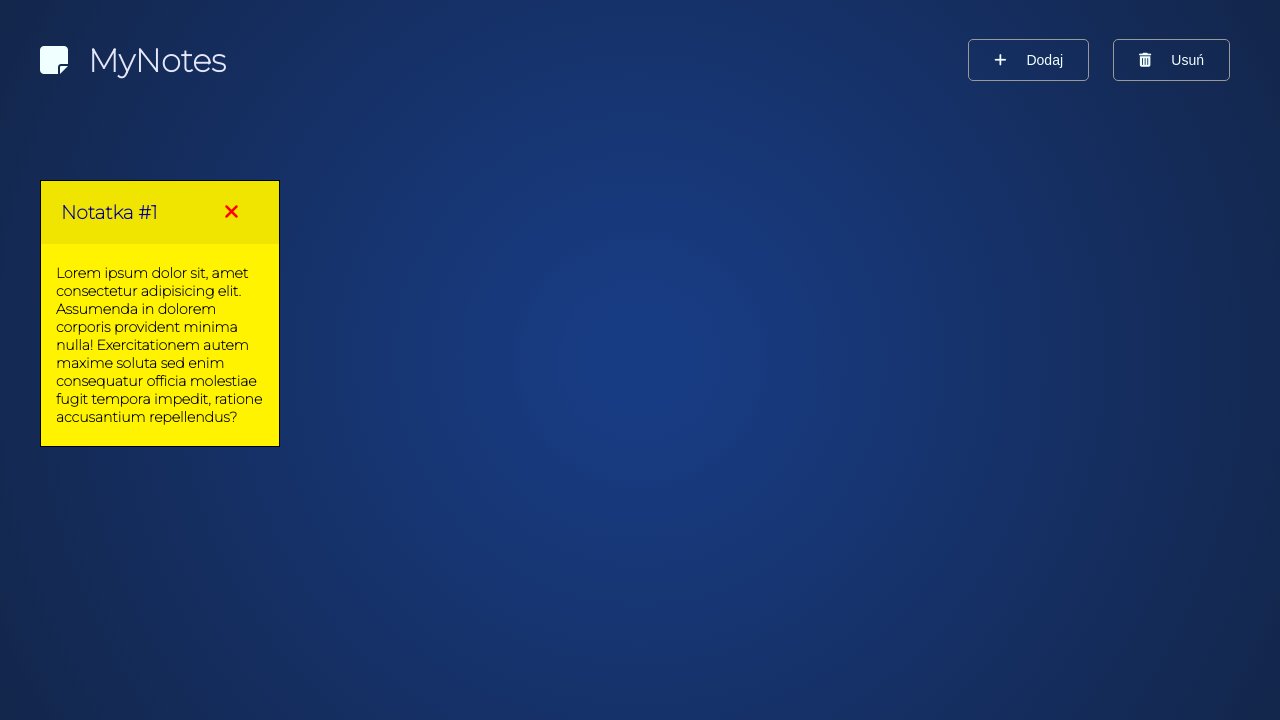
Repository: KrzysKolo/Projekt-7_Notes
Page: index.html
These files come from the project's save history. The page is drawn as it stood at one moment and after the next save; the edit follows.
The browser window is 1280 px wide. The pictures show the whole page.
Some web libraries are served in a nearby version.

Above is the page before, as saved 2020-07-09 16:54:40.

After the next save:
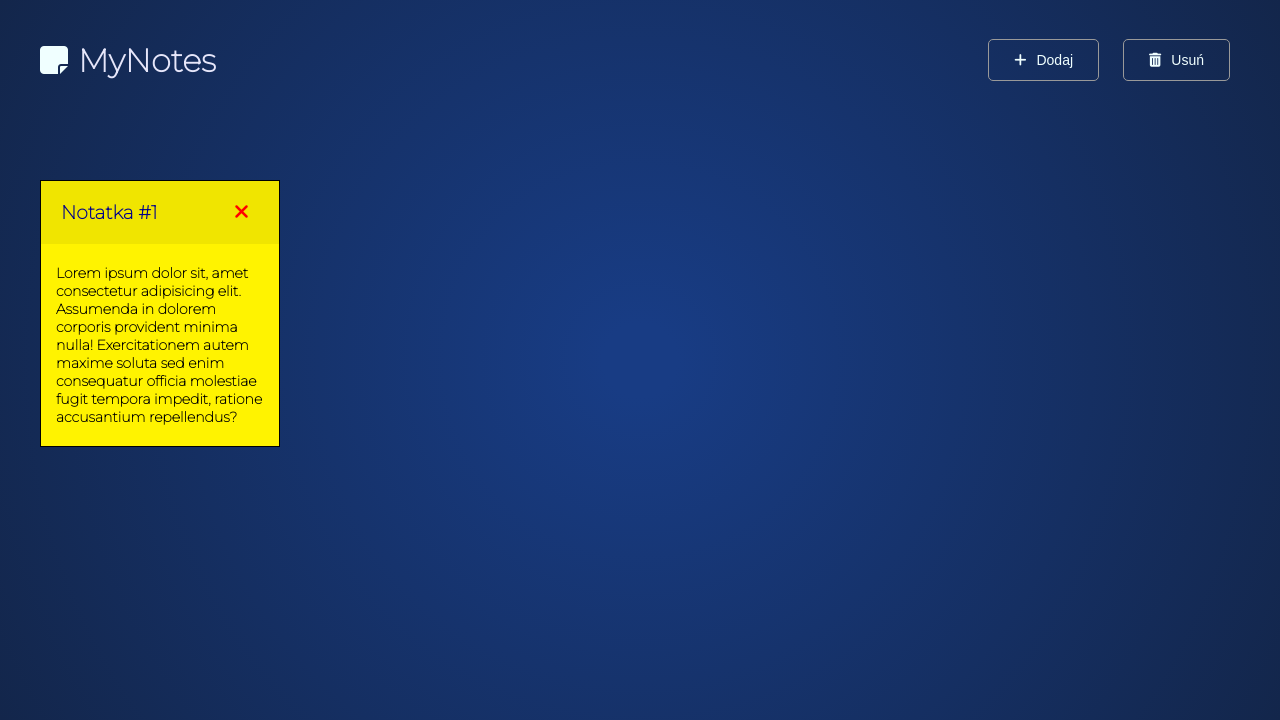
Saved 2 s later.
--- a/css/style.css
+++ b/css/style.css
@@ -40,7 +40,6 @@ body {
 .icon {
   margin-right: 10px;
   color: azure;
-  padding-right: 10px;
 }
 .add {
   margin-right: 20px;
